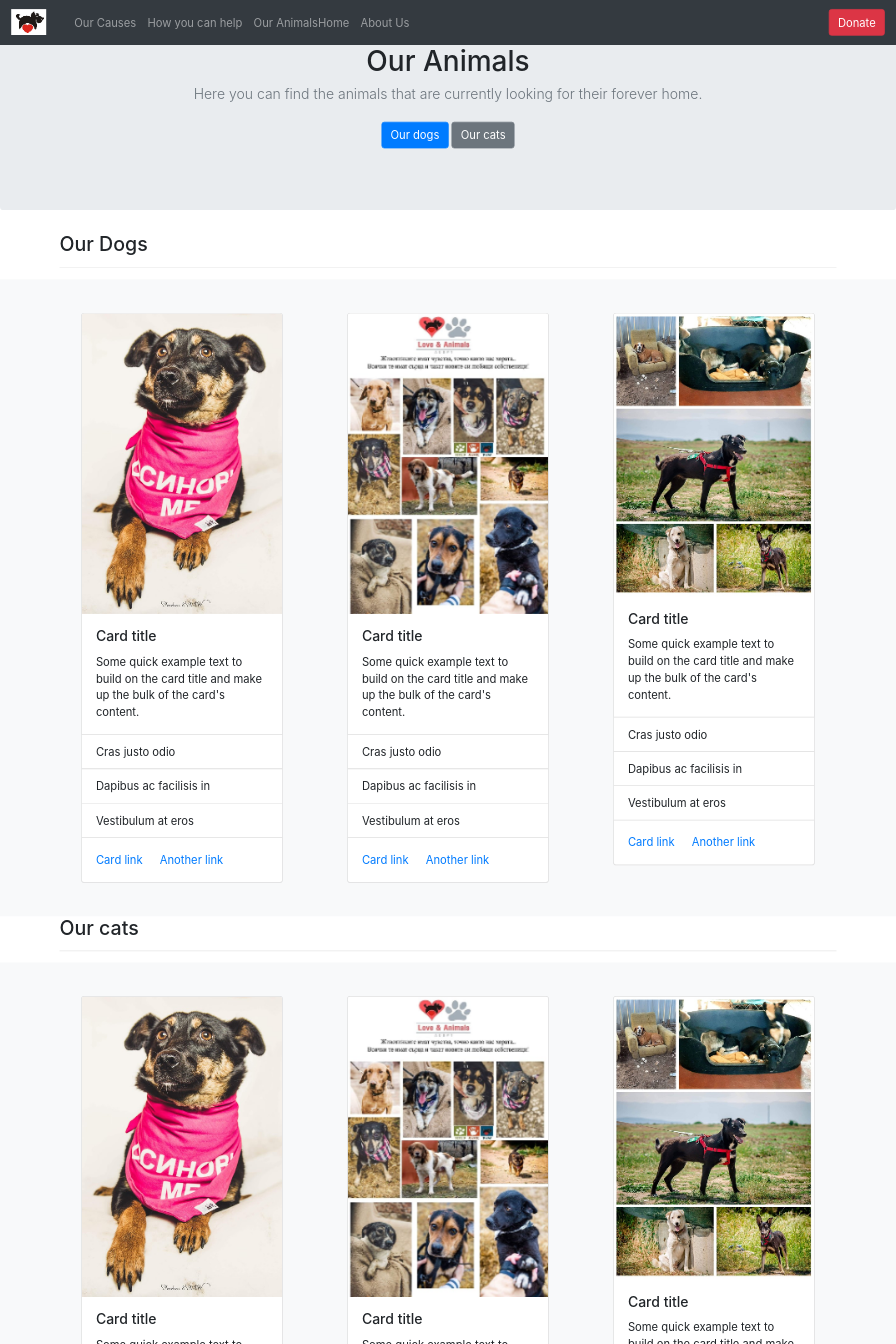
Repository: Naity17/PAW-first-website
Page: Our-Animals.html
The author's editor kept a record of every edit. The page is drawn from the files as they stood at one moment, then again after the next edit.
The browser window is 1280 px wide. The pictures show the part of the page from y = 0 to 1920 px (the page is 2397 px tall before and 3186 px after), at 70% of full size.
Some web libraries are served in a nearby version.

Above is the page before.
Console error: TypeError: Cannot read properties of undefined (reading 'fn')

### Our-Animals.html
<!DOCTYPE html>
<html lang="en">

<head>
    <meta charset="UTF-8">
    <meta name="viewport" content="width=device-width, initial-scale=1.0">
    <meta http-equiv="X-UA-Compatible" content="ie=edge">
    <link rel="stylesheet" href="https://stackpath.bootstrapcdn.com/bootstrap/4.3.1/css/bootstrap.min.css" integrity="sha384-ggOyR0iXCbMQv3Xipma34MD+dH/1fQ784/j6cY/iJTQUOhcWr7x9JvoRxT2MZw1T" crossorigin="anonymous">
    <link rel="stylesheet" href="https://use.fontawesome.com/releases/v5.9.0/css/all.css" integrity="sha384-i1LQnF23gykqWXg6jxC2ZbCbUMxyw5gLZY6UiUS98LYV5unm8GWmfkIS6jqJfb4E" crossorigin="anonymous">
    <script src="https://stackpath.bootstrapcdn.com/bootstrap/4.3.1/js/bootstrap.min.js" integrity="sha384-JjSmVgyd0p3pXB1rRibZUAYoIIy6OrQ6VrjIEaFf/nJGzIxFDsf4x0xIM+B07jRM" crossorigin="anonymous"></script>
    <link rel="stylesheet" href="assets/css/style.css" type="text/css" />
    <title>PAW - Pazardjik Animal Welfare</title>
</head>

<body>
    <header>
        <!-- ---------------NavBar-------------- -->
        <nav class="navbar navbar-expand-md navbar-dark fixed-top bg-dark">
            <a class="navbar-brand" href="index.html">
                <img src="assets/images/general/logo.jpg">
            </a>
            <button class="navbar-toggler collapsed" type="button" data-toggle="collapse" data-target="#navbarCollapse" aria-controls="navbarCollapse" aria-expanded="false" aria-label="Toggle navigation">
              <span class="navbar-toggler-icon"></span>
            </button>
            <div class="navbar-collapse collapse" id="navbarCollapse" style="">
                <ul class="navbar-nav mr-auto">
                    <li class="nav-item active">
                        <a class="nav-link" href="#"></a>
                    </li>
                    <li class="nav-item">
                        <a class="nav-link" href="#">Our Causes</a>
                    </li>
                    <li class="nav-item">
                        <a class="nav-link" href="#">How you can help</a>
                    </li>
                    <li class="nav-item">
                        <a class="nav-link" href="#">Our AnimalsHome<span class="sr-only">(current)</span></a>
                    </li>
                    <li class="nav-item">
                        <a class="nav-link" href="#">About Us</a>
                    </li>
                </ul>
                <button class="btn btn-danger navbar-btn">Donate</button>
            </div>
        </nav>
        <!-- ---------------End of NavBar-------------- -->
    </header>

    <!-- --------------Our Animals-------------- -->
    <section id="our-animals">
        <main role="main">
            <section class="jumbotron text-center">
                <div class="container">
                    <h1 class="jumbotron-heading">Our Animals</h1>
                    <p class="lead text-muted">Here you can find the animals that are currently looking for their forever home.</p>
                    <p>
                        <a href="#our-dogs-tag" class="btn btn-primary my-2">Our dogs</a>
                        <a href="#our-cats-tag" class="btn btn-secondary my-2">Our cats</a>
                    </p>
                </div>
            </section>
            <div class="container">
                <h3 id=our-dogs-tag>Our Dogs</h3>
                <hr>
            </div>
            <div class="album py-5 bg-light">
                <div class="container">
                    <div class="row">
                        <div class="col-md-4 col-12 ">
                            <div class="card" style="width: 18rem; margin:0 auto;">
                                <img src="assets/images/general/carousel-1.jpg" class="card-img-top" alt="...">
                                <div class="card-body">
                                    <h5 class="card-title">Card title</h5>
                                    <p class="card-text">Some quick example text to build on the card title and make up the bulk of the card's content.</p>
                                </div>
                                <ul class="list-group list-group-flush">
                                    <li class="list-group-item">Cras justo odio</li>
                                    <li class="list-group-item">Dapibus ac facilisis in</li>
                                    <li class="list-group-item">Vestibulum at eros</li>
                                </ul>
                                <div class="card-body">
                                    <a href="#" class="card-link">Card link</a>
                                    <a href="#" class="card-link">Another link</a>
                                </div>
                            </div>
                        </div>
                        <div class="col-md-4 col-12">
                            <div class="card" style="width: 18rem; margin:0 auto;">
                                <img src="assets/images/general/carousel-2.jpg" class="card-img-top" alt="...">
                                <div class="card-body">
                                    <h5 class="card-title">Card title</h5>
                                    <p class="card-text">Some quick example text to build on the card title and make up the bulk of the card's content.</p>
                                </div>
                                <ul class="list-group list-group-flush">
                                    <li class="list-group-item">Cras justo odio</li>
                                    <li class="list-group-item">Dapibus ac facilisis in</li>
                                    <li class="list-group-item">Vestibulum at eros</li>
                                </ul>
                                <div class="card-body">
                                    <a href="#" class="card-link">Card link</a>
                                    <a href="#" class="card-link">Another link</a>
                                </div>
                            </div>
                        </div>
                        <div class="col-md-4 col-12">
                            <div class="card" style="width: 18rem; margin:0 auto;">
                                <img src="assets/images/general/carousel-3.jpg" class="card-img-top" alt="...">
                                <div class="card-body">
                                    <h5 class="card-title">Card title</h5>
                                    <p class="card-text">Some quick example text to build on the card title and make up the bulk of the card's content.</p>
                                </div>
                                <ul class="list-group list-group-flush">
                                    <li class="list-group-item">Cras justo odio</li>
                                    <li class="list-group-item">Dapibus ac facilisis in</li>
                                    <li class="list-group-item">Vestibulum at eros</li>
                                </ul>
                                <div class="card-body">
                                    <a href="#" class="card-link">Card link</a>
                                    <a href="#" class="card-link">Another link</a>
                                </div>
                            </div>
                        </div>
                    </div>
                </div>
            </div>
            <div class="container">
                <h3 id=our-cats-tag>Our cats</h3>
                <hr>
            </div>
            <div class="album py-5 bg-light">
                <div class="container">
                    <div class="row">
                        <div class="col-md-4 col-12">
                            <div class="card" style="width: 18rem;margin:0 auto;">
                                <img src="assets/images/general/carousel-1.jpg" class="card-img-top" alt="...">
                                <div class="card-body">
                                    <h5 class="card-title">Card title</h5>
                                    <p class="card-text">Some quick example text to build on the card title and make up the bulk of the card's content.</p>
                                </div>
                                <ul class="list-group list-group-flush">
                                    <li class="list-group-item">Cras justo odio</li>
                                    <li class="list-group-item">Dapibus ac facilisis in</li>
                                    <li class="list-group-item">Vestibulum at eros</li>
                                </ul>
                                <div class="card-body">
                                    <a href="#" class="card-link">Card link</a>
                                    <a href="#" class="card-link">Another link</a>
                                </div>
                            </div>
                        </div>
                        <div class="col-md-4 col-12">
                            <div class="card" style="width: 18rem; margin:0 auto;">
                                <img src="assets/images/general/carousel-2.jpg" class="card-img-top" alt="...">
                                <div class="card-body">
                                    <h5 class="card-title">Card title</h5>
                                    <p class="card-text">Some quick example text to build on the card title and make up the bulk of the card's content.</p>
                                </div>
                                <ul class="list-group list-group-flush">
                                    <li class="list-group-item">Cras justo odio</li>
                                    <li class="list-group-item">Dapibus ac facilisis in</li>
                                    <li class="list-group-item">Vestibulum at eros</li>
                                </ul>
                                <div class="card-body">
                                    <a href="#" class="card-link">Card link</a>
                                    <a href="#" class="card-link">Another link</a>
                                </div>
                            </div>
                        </div>

                        <div class="col-md-4 col-12">
                            <div class="card" style="width: 18rem; margin:0 auto;">
                                <img src="assets/images/general/carousel-3.jpg" class="card-img-top" alt="...">
                                <div class="card-body">
                                    <h5 class="card-title">Card title</h5>
                                    <p class="card-text">Some quick example text to build on the card title and make up the bulk of the card's content.</p>
                                </div>
                                <ul class="list-group list-group-flush">
                                    <li class="list-group-item">Cras justo odio</li>
                                    <li class="list-group-item">Dapibus ac facilisis in</li>
                                    <li class="list-group-item">Vestibulum at eros</li>
                                </ul>
                                <div class="card-body">
                                    <a href="#" class="card-link">Card link</a>
                                    <a href="#" class="card-link">Another link</a>
                                </div>
                            </div>
                        </div>
                    </div>
                </div>
            </div>
        </main>
    </section>
    <footer class="container text-center footer-details">
        <div class="row">
            <div class="col-12">
                <h5>Contact Details</h5>
            </div>
        </div>
        <div id="contact-details-items" class="row ">
            <div class="col-4 address-item">
                <i class="far fa-address-card"></i>Malo Konare, Pazardzhik Province, Bulgaria
            </div>
            <div class="col-4 phone-number-item">
                <i class="fas fa-mobile-alt"></i>0896666875
            </div>
            <div class="col-4 email-item">
                <i class="fas fa-at"></i>annnet@abv.bg
            </div>
        </div>
        <div class="row" id="social-details">
            <div class="col-xs-12 col-sm-12 icons">
                <h5 class="uppercase general-sub">Talk to us</h5>
                <a href="https://www.facebook.com/PAW-Pazardjik-Animal-Welfare-134643483313391/" target="_blank"><i class="fab fa-facebook alignment"></i></a>
                <a href="https://twitter.com/ralito17?lang=en" target="_blank"><i class="fab fa-twitter alignment"></i></a>
                <a href="https://www.instagram.com/?hl=en" target="_blank"><i class="fab fa-instagram alignment"></i></a>
            </div>
        </div>
    </footer>
    <script src="https://code.jquery.com/jquery-3.3.1.slim.min.js" integrity="sha384-q8i/X+965DzO0rT7abK41JStQIAqVgRVzpbzo5smXKp4YfRvH+8abtTE1Pi6jizo" crossorigin="anonymous"></script>
    <script src="https://cdnjs.cloudflare.com/ajax/libs/popper.js/1.14.7/umd/popper.min.js" integrity="sha384-UO2eT0CpHqdSJQ6hJty5KVphtPhzWj9WO1clHTMGa3JDZwrnQq4sF86dIHNDz0W1" crossorigin="anonymous"></script>
    <script src="https://stackpath.bootstrapcdn.com/bootstrap/4.3.1/js/bootstrap.min.js" integrity="sha384-JjSmVgyd0p3pXB1rRibZUAYoIIy6OrQ6VrjIEaFf/nJGzIxFDsf4x0xIM+B07jRM" crossorigin="anonymous"></script>
</body>

</html>

Loaded but not shown: assets/css/style.css (no copy from this time; the picture is the same without it)

After the next edit:
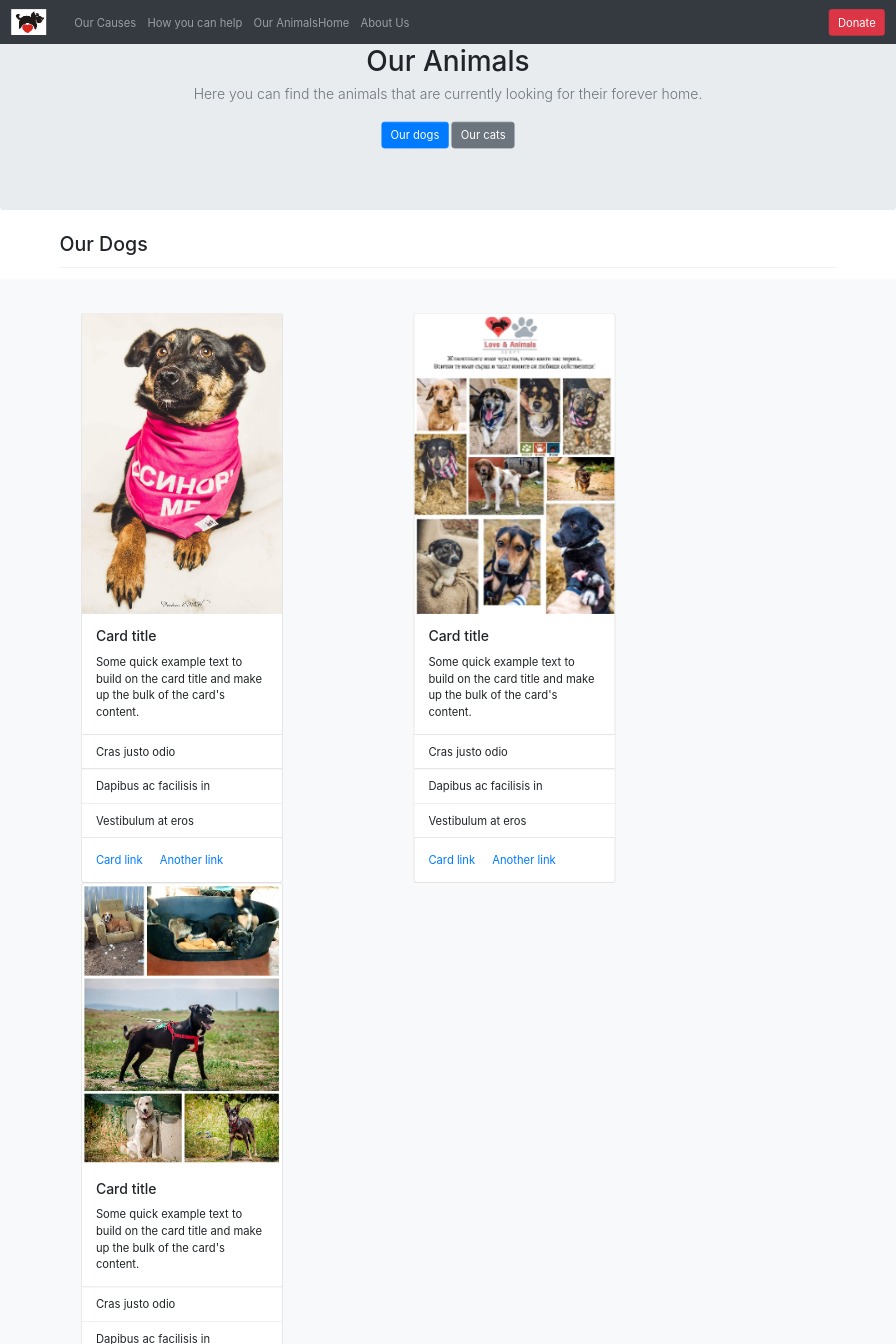
The edit:
--- a/Our-Animals.html
+++ b/Our-Animals.html
@@ -84,7 +84,7 @@
                                 </div>
                             </div>
                         </div>
-                        <div class="col-md-4 col-12">
+                        <div class="col-md-6 col-12">
                             <div class="card" style="width: 18rem; margin:0 auto;">
                                 <img src="assets/images/general/carousel-2.jpg" class="card-img-top" alt="...">
                                 <div class="card-body">
